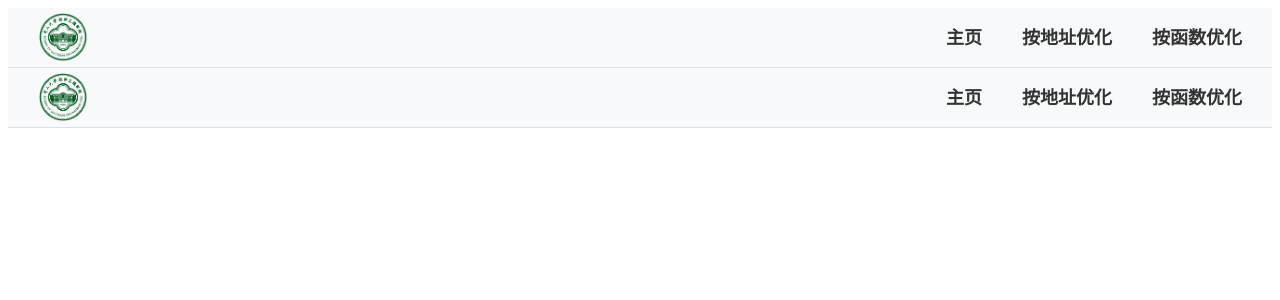
Repository: syckcoding/SmartHalo
Page: /address-optimization
An editor plug-in stored every save of this project. The page is shown before and after the next save, followed by the edit.
The browser window is 1280 px wide. The pictures show the whole page.
The project was rebuilt for these pictures with package versions that can differ from the ones it lists, and the page was loaded fresh each time. Also part of the build but not shown: vite.config.js, src/components/HomePage.vue, src/views/Home.vue, src/views/Detail.vue.

Above is the page before, as saved 2024-10-05 21:53:53.

After the next save:
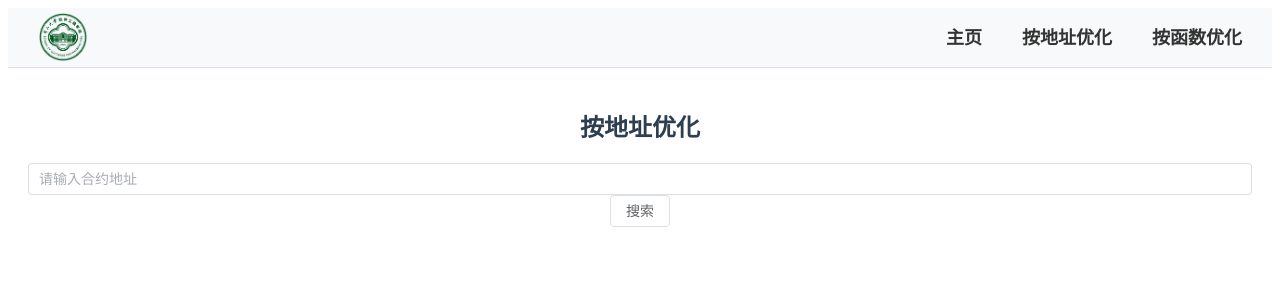
Saved 67 s later.
--- a/src/components/AddressOptimization.vue
+++ b/src/components/AddressOptimization.vue
@@ -1,67 +1,40 @@
 <template>
-    <el-menu :default-active="activeIndex" class="el-menu-demo" mode="horizontal">
-      <el-menu-item index="0" class="logo-item">
-        <img src="@/assets/intro-image.png" alt="工具LOGO" class="intro-logo" />
-      </el-menu-item>
-      <div class="menu-right">
-        <el-menu-item index="1" @click="goToHome">主页</el-menu-item>
-        <el-menu-item index="2" @click="goToAddressOptimization">按地址优化</el-menu-item>
-        <el-menu-item index="3" @click="goToFunctionOptimization">按函数优化</el-menu-item>
+    <div class="address-optimization-page">
+      <h2>按地址优化</h2>
+      <el-input v-model="searchQuery" placeholder="请输入合约地址"></el-input>
+      <el-button @click="handleSearch">搜索</el-button>
+      <div v-if="searchResult" class="result">
+        <p>搜索结果：{{ searchResult }}</p>
       </div>
-    </el-menu>
+    </div>
   </template>
 
   <script>
   export default {
     data() {
       return {
-        activeIndex: '1',
+        searchQuery: '',
+        searchResult: '',
       };
     },
     methods: {
-      goToHome() {
-        this.$router.push({ name: 'Home' });
-      },
-      goToAddressOptimization() {
-        this.$router.push({ name: 'Detail', params: { mode: 'address' } });
-      },
-      goToFunctionOptimization() {
-        this.$router.push({ name: 'Detail', params: { mode: 'function' } });
+      handleSearch() {
+        if (this.searchQuery) {
+          this.searchResult = `您输入的合约地址是：${this.searchQuery}`;
+        } else {
+          this.$message({
+            message: '请输入有效的合约地址',
+            type: 'warning',
+          });
+        }
       },
     },
   };
   </script>
 
   <style scoped>
-  .el-menu-demo {
-    background-color: #f8f9fa;  /* 浅灰色背景，与主页阴影一致 */
-    color: #333;
-    padding: 10px;
-    display: flex;  /* 使用Flex布局 */
-    align-items: center;
-    justify-content: space-between; /* 主轴两端对齐，使左侧logo与右侧菜单分别靠边 */
-  }
-
-  .logo-item {
-    pointer-events: none;
-  }
-
-  .intro-logo {
-    width: 50px;
-    height: 50px;
-    margin-right: 20px;
-  }
-
-  .el-menu-demo .el-menu-item {
-    color: #333;
-    font-size: 18px;
-    font-weight: bold;
-    padding: 0 20px;
-    transition: color 0.3s ease;
-  }
-
-  .menu-right {
-    display: flex;
+  .address-optimization-page {
+    padding: 20px;
+    text-align: center;
   }
   </style>
-  \
